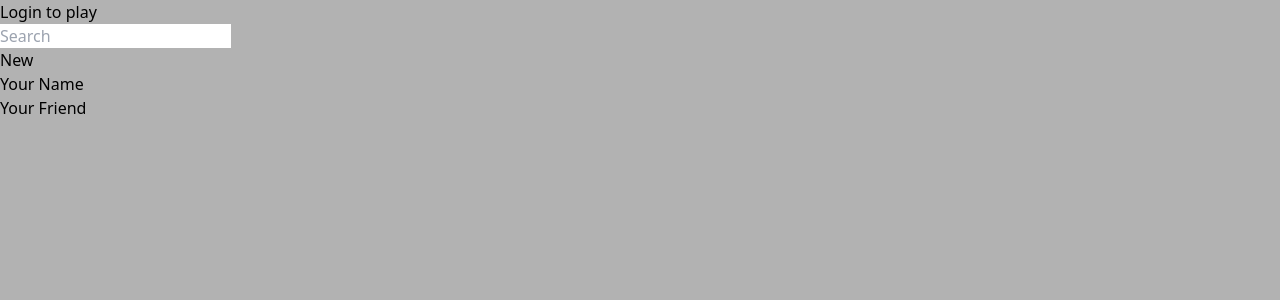
Repository: Teddy1705/demo_pj
Page: /
The author's editor kept a copy of each file at every save. The page is drawn from the files as they stood at one save, then again after the next save.
The browser window is 1280 px wide. The pictures show the whole page.
The project was rebuilt for these pictures with package versions that can differ from the ones it lists, and the page was loaded fresh each time. Also part of the build but not shown: vite.config.js.

Above is the page before, as saved 2024-04-16 08:51:31.

After the next save:
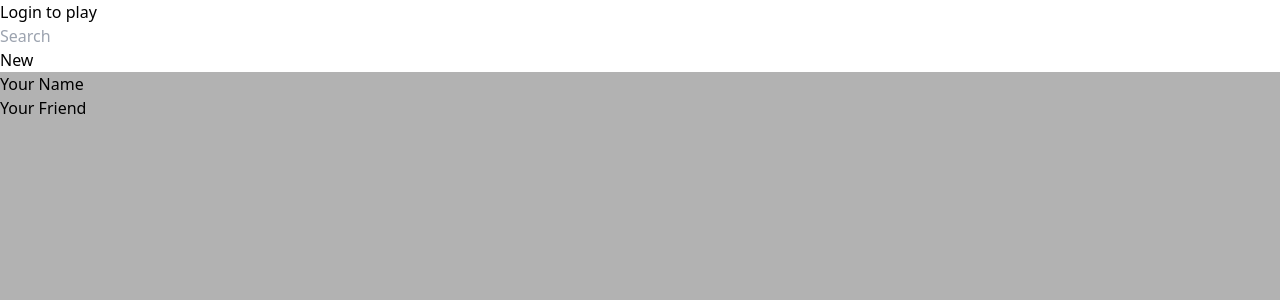
Saved 28 s later.
--- a/src/index.css
+++ b/src/index.css
@@ -577,5 +577,6 @@ video {
 
 #modal .modal__body {
   position: relative;
-  background-color: ;
-}
+  background-color: var(--white-color);
+  s
+}
